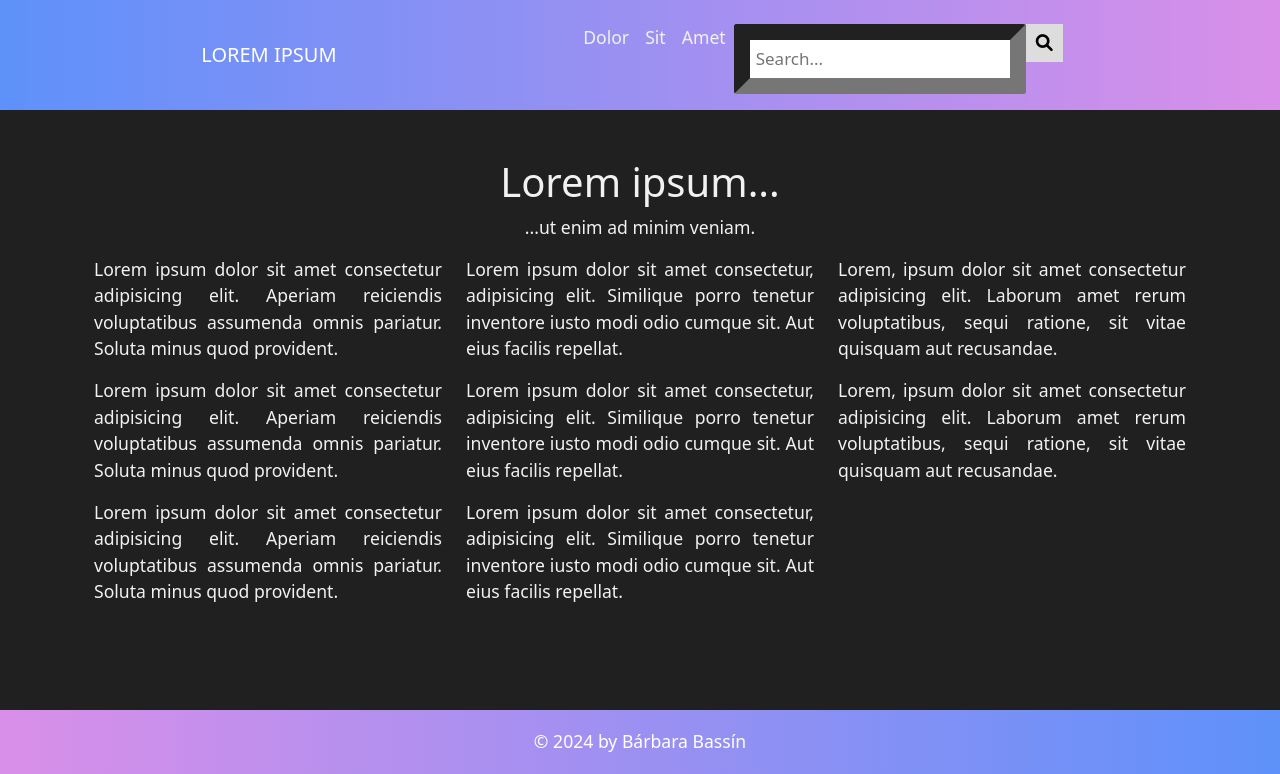
Repository: romancegirl/responsiveness
Page: index.html
An editor plug-in stored every save of this project. The page is shown before and after the next save, followed by the edit.
The browser window is 1280 px wide. The pictures show the whole page.

Above is the page before, as saved 2024-11-19 19:50:01.

### index.html
<!DOCTYPE html>
<html lang="en">

<head>
    <meta charset="UTF-8">
    <meta name="viewport" content="width=device-width, initial-scale=1.0">
    <title>Portfolio - Bárbara Bassín</title>
    <link href="https://cdn.jsdelivr.net/npm/bootstrap@5.3.0/dist/css/bootstrap.min.css" rel="stylesheet">
    <link rel="stylesheet" href="https://cdnjs.cloudflare.com/ajax/libs/font-awesome/6.0.0-beta3/css/all.min.css">
    <link rel="stylesheet" href="css/header-and-footer.css">
    <link rel="stylesheet" href="css/styles.css">
</head>

<body>
    <!-- Header -->
    <header class="py-2">
        <div class="container d-flex justify-content-around align-items-center" id="profile">
            <h5 class="m-0">LOREM IPSUM</h5>
            <nav class="navbar navbar-expand-lg">
                <button class="navbar-toggler" type="button" data-bs-toggle="collapse" data-bs-target="#navbarNav"
                    aria-controls="navbarNav" aria-expanded="false" aria-label="Toggle navigation">
                    <i class="fas fa-bars"></i>
                </button>
                <div class="collapse navbar-collapse" id="navbarNav">
                    <ul class="navbar-nav ms-auto">
                        <li class="nav-item"><a class="nav-link">Dolor</a></li>
                        <li class="nav-item"><a class="nav-link">Sit</a></li>
                        <li class="nav-item"><a class="nav-link">Amet</a></li>
                        <div class="search-container">
                            <form action="/action_page.php">
                              <input type="text" placeholder="Search..." name="search">
                              <button type="submit"><i class="fa fa-search"></i></button>
                            </form>
                          </div>
                    </ul>
                </div>
            </nav>
        </div>
    </header>



    <!-- Main -->
    <main class="container my-5">
        <div>
            <h1>Lorem ipsum...</h1>
            <div id="textCarousel" class="carousel slide" data-bs-ride="carousel" data-bs-interval="2000">
                <div class="carousel-inner">
                    <div class="carousel-item active">
                        <p>...olor sit amet, consectetur adipiscing elit...</p>
                    </div>
                    <div class="carousel-item">
                        <p>...sed do eiusmod tempor incididunt ut labore...</p>
                    </div>
                    <div class="carousel-item">
                        <p>...ut enim ad minim veniam.</p>
                    </div>
                </div>
            </div>
        </div>



        <div class="container text-center">
            <div class="row">
                <div class="col-6 col-md-4 paragraph">Lorem ipsum dolor sit amet consectetur adipisicing elit. Aperiam
                    reiciendis
                    voluptatibus assumenda omnis pariatur. Soluta minus quod provident.</div>
                <div class="col-6 col-md-4 paragraph">Lorem ipsum dolor sit amet consectetur, adipisicing elit.
                    Similique porro
                    tenetur inventore iusto modi odio cumque sit. Aut eius facilis repellat.</div>
                <div class="col-6 col-md-4 paragraph">Lorem, ipsum dolor sit amet consectetur adipisicing elit. Laborum
                    amet rerum
                    voluptatibus, sequi ratione, sit vitae quisquam aut recusandae.</div>
                <div class="col-6 col-md-4 paragraph">Lorem ipsum dolor sit amet consectetur adipisicing elit. Aperiam
                    reiciendis
                    voluptatibus assumenda omnis pariatur. Soluta minus quod provident.</div>
                <div class="col-6 col-md-4 paragraph">Lorem ipsum dolor sit amet consectetur, adipisicing elit.
                    Similique porro
                    tenetur inventore iusto modi odio cumque sit. Aut eius facilis repellat.</div>
                <div class="col-6 col-md-4 paragraph">Lorem, ipsum dolor sit amet consectetur adipisicing elit. Laborum
                    amet rerum
                    voluptatibus, sequi ratione, sit vitae quisquam aut recusandae.</div>
                <div class="col-6 col-md-4 paragraph">Lorem ipsum dolor sit amet consectetur adipisicing elit. Aperiam
                    reiciendis
                    voluptatibus assumenda omnis pariatur. Soluta minus quod provident.</div>
                <div class="col-6 col-md-4 paragraph">Lorem ipsum dolor sit amet consectetur, adipisicing elit.
                    Similique porro
                    tenetur inventore iusto modi odio cumque sit. Aut eius facilis repellat.</div>
            </div>
        </div>



    </main>

    <!-- Footer -->
    <footer class="bg-dark text-center py-2">
        <div>&copy; 2024 by Bárbara Bassín</div>
    </footer>
    <script src="js/script.js"></script>
    <script src="https://cdn.jsdelivr.net/npm/bootstrap@5.3.0/dist/js/bootstrap.bundle.min.js"></script>
</body>

</html>

### css/header-and-footer.css
header {
    background: linear-gradient(to right, #5E91FA, #d98fe9);
    color: #fff;
    position: relative;
}


main {
    min-height: 70vh;
    padding-bottom: 1rem;
    box-sizing: border-box;
}

a.nav-link {
    color: #f1f1f1;
}

a.nav-link:hover {
    color: #f6c7de;
    transition: color 0.3s, text-shadow 0.3s;
    transform: scale(1.05);
}


.navbar input[type=text] {
    padding: 6px;
    margin-top: 8px;
    font-size: 17px;
    border-radius: 0.2rem;
    border-width: 1rem;
}

.navbar .search-container {
    float: right;
}

.navbar .search-container button {
    float: right;
    padding: 6px 10px;
    margin-top: 8px;
    margin-right: 16px;
    background: #ddd;
    font-size: 17px;
    border: none;
    cursor: pointer;
}

.navbar .search-container button:hover {
    background: #ccc;
}


/* navbar-toggle */

.navbar-toggler {
    border-color: #fff;
}

.navbar-toggler .fas {
    color: #fff;
    /* Cambia el color del ícono */
}

.navbar-collapse {
    justify-content: flex-end;
}

.navbar-toggler:hover {
    cursor: pointer;
}

.navbar-toggler:focus {
    outline: none;
    box-shadow: none;
}

@media (max-width: 995px) {

    .navbar-collapse {
        display: none;
        position: absolute;
        top: 134%;
        left: -55px;
        width: 100%;
        z-index: 999;
        flex-direction: column-reverse;
        align-items: center;
    }

    .navbar-collapse.show {
        display: flex;
    }

    .navbar-nav {
        background: linear-gradient(to right, #5e92fae0, #d98fe9dc);
        color: #fff;
        padding: 1.5rem;
        border-radius: 0 0 100px 100px;
        font-weight: bold;
        text-align: center;
    }

    .navbar-nav:hover {
        cursor: pointer;

    }

    a.nav-link:hover {
        color: #f6c7de;
        transition: color 0.3s, text-shadow 0.3s;
        transform: scale(1.05);
    }

    .navbar-nav .nav-item {
        margin: 10px 0;
    }

    .navbar a,
    .navbar input[type=text] {
        float: none;
        display: block;
        text-align: left;
        width: 100%;
        margin: 0;
        padding: 4rem;
    }

    .navbar .search-container {
        float: none;
    }

    .navbar a,
    .navbar input[type=text],
    .navbar .search-container button {
        float: none;
        display: block;
        text-align: left;
        width: 100%;
        margin: 0;
        padding: 4rem;
    }

    .navbar input[type=text] {
        border-radius: 0.2rem;
        border: 0.2rem solid #b556db98;
    }

}

footer {
    background: linear-gradient(to right, #d98fe9, #5E91FA);
    color: #fff;
    bottom: 0;
    min-height: 4rem;
    display: flex;
    justify-content: center;
    align-items: center;
}

### css/styles.css
body {
    background-color: #202020;
    color: #f1f1f1;
    font-size: 110%;
}

/* Profile and resume */

.profile-photo {
    width: 250px;
    height: 250px;
    border: #a5c3ffcd;
    border-style: double;
    border-width: 5px;
    border-radius: 70px;
    display: flex;
    justify-content: center;
    align-items: center;
    overflow: hidden;
    /* Oculta cualquier parte de la imagen que se desborde */
    float: right;
}

/* titles */

h1 {
    text-align: center;
}

h2,
h3,
h4 {
    background: linear-gradient(#d98fe9, #5E91FA);
    -webkit-background-clip: text;
    background-clip: text;
    -webkit-text-fill-color: transparent;
}



/* General */

#textCarousel {
    width: 40rem;
    margin: auto;
}

p {
    text-align: center;
}

.row {
    text-align: justify;
}

.paragraph {
margin-bottom: 1rem;
}

/* Responsiveness */

.title-small,
.title-x-small {
    display: none;
}

@media screen and (max-width: 1400px) {

    .title-large,
    .title-x-small {
        display: none;
    }

    .title-small {
        display: block;
    }
}

@media screen and (max-width: 768px) {

    .title-large,
    .title-small {
        display: none;
    }

    .title-x-small {
        display: block;
        text-align: center;

    }

    #textCarousel {
        max-width: 90%; /* Usa un tamaño relativo en lugar de fijo */
    }
}

### js/script.js
document.addEventListener('click', function(event) {
    var navbar = document.querySelector('.navbar-collapse');
    var toggler = document.querySelector('.navbar-toggler');

    // Si el menú está abierto y se hace clic fuera de él, lo cierra
    if (navbar.classList.contains('show') && !navbar.contains(event.target) && !toggler.contains(event.target)) {
        var bsCollapse = new bootstrap.Collapse(navbar, {
            toggle: false
        });
        bsCollapse.hide();
    }
});

// Cerrar el menú automáticamente al hacer clic en cualquier enlace
var navLinks = document.querySelectorAll('.nav-link');
navLinks.forEach(function(link) {
    link.addEventListener('click', function() {
        var navbar = document.querySelector('.navbar-collapse');
        var bsCollapse = new bootstrap.Collapse(navbar, {
            toggle: false
        });
        bsCollapse.hide();
    });
});

After the next save:
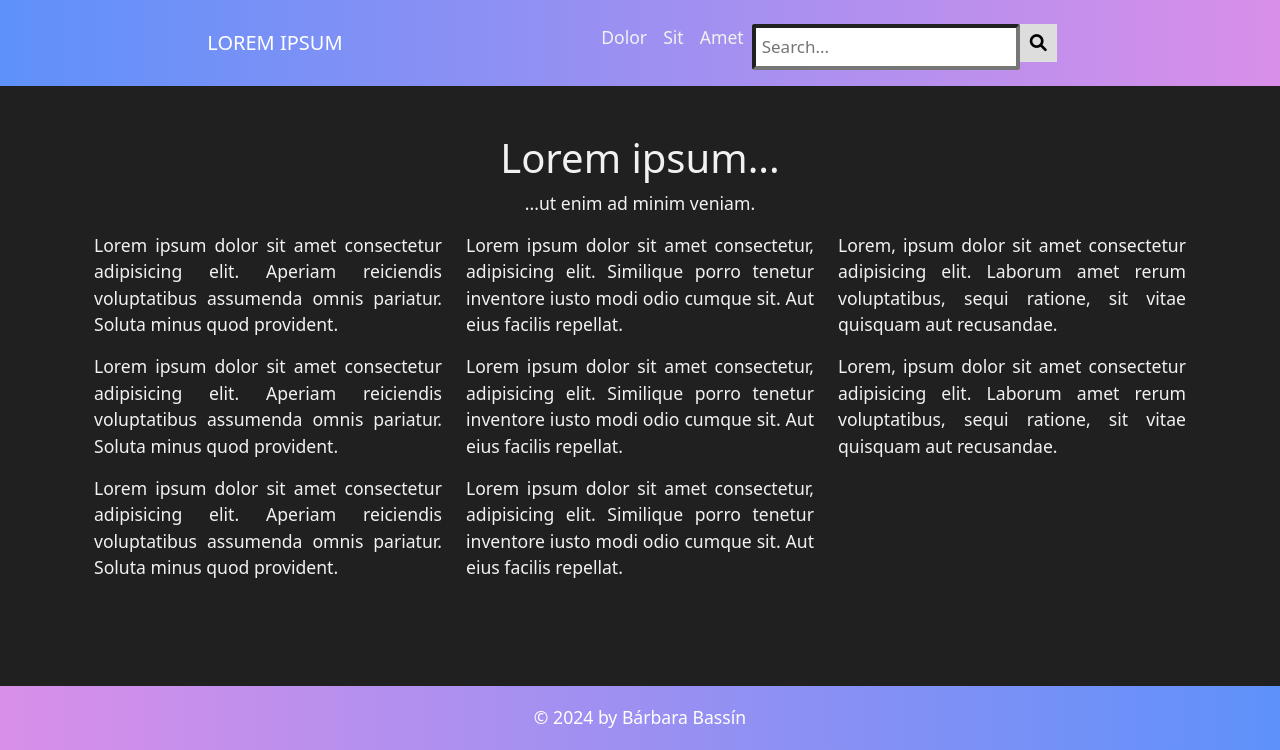
Saved 11 s later.
--- a/css/header-and-footer.css
+++ b/css/header-and-footer.css
@@ -27,7 +27,7 @@ a.nav-link:hover {
     margin-top: 8px;
     font-size: 17px;
     border-radius: 0.2rem;
-    border-width: 1rem;
+    border-width: 0.3rem;
 }
 
 .navbar .search-container {
